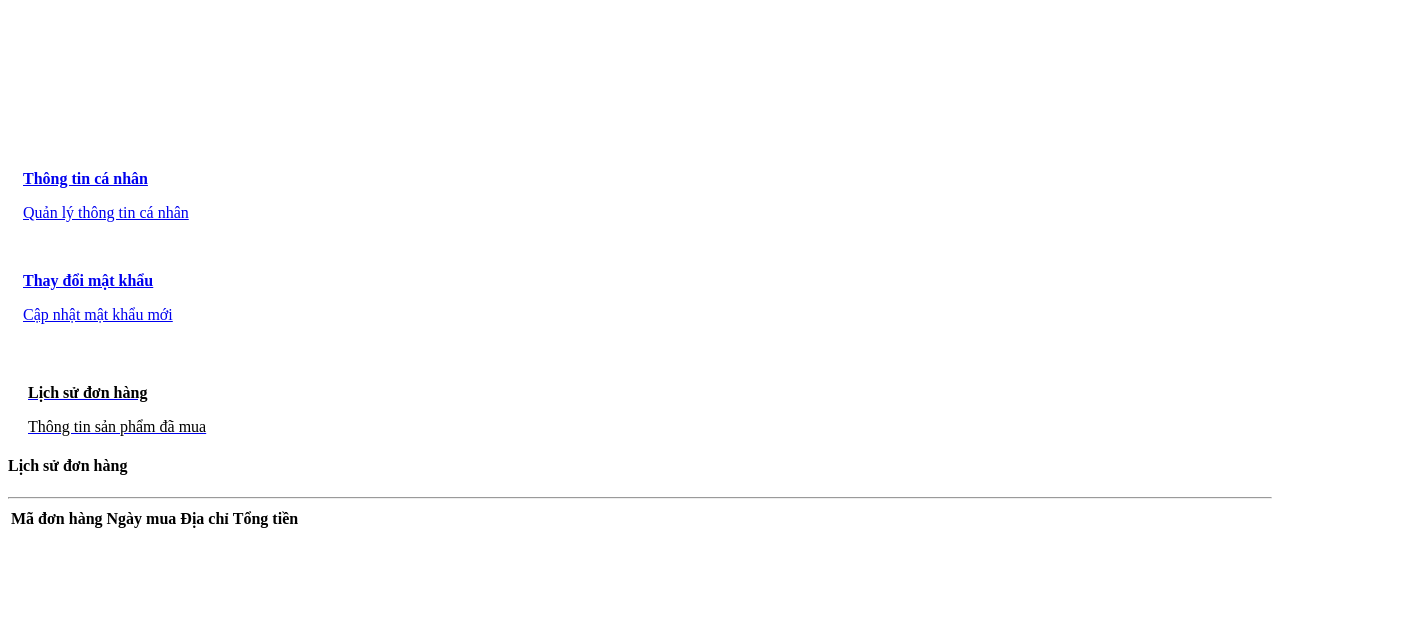
Repository: nguyengiabao245/NHOM3_C2
Page: http://localhost/DoAnJava/WEB-INF/views/order/list.jsp
These files come from the project's save history. The page is drawn as it stood at one moment and after the next save; the edit follows.
The browser window is 1280 px wide. The page is 1408 px wide, so the pictures cover 1408 px, including what lies to the right of the window. The pictures show the whole page.
The page is served by Tomcat 9. Nobody is signed in. The template is opened directly, without the code that normally fills it, so the values that code supplies are empty.

Above is the page before, as saved 2022-05-12 09:15:03.

### DoAnJava/src/main/webapp/WEB-INF/views/order/list.jsp
<%@ page pageEncoding="utf-8"%>
<%@ taglib uri="http://java.sun.com/jstl/core_rt" prefix="c"%>
<%@ taglib uri="http://java.sun.com/jstl/fmt_rt" prefix="f"%>
<%@ taglib prefix="fmt" uri="http://java.sun.com/jsp/jstl/fmt"%>



<div class="container" style="margin-bottom: 25px;margin-top:100px">
	<br>

	<br>


	<div class="row">
		<div class="col-sm-4">

			<li class="nav-item2 " style="list-style-type: none;"><a
				class="nav-link collapsed" href="/account/edit"
				ata-toggle="collapse" id="i">
					<div class="row">
						<div class="col-sm-2">
							<i class="fas fa-info-circle"
								style="font-size: 30px; padding: 12px 5px; color: black;"></i>
						</div>
						<div class="col-sm-10" style="padding: 0px 15px;">
							<span> <b>Thông tin cá nhân</b>
								<p>Quản lý thông tin cá nhân</p>
							</span>
						</div>
					</div>
			</a></li>

			<li class="nav-item2 " style="list-style-type: none;"><a
				class="nav-link collapsed" href="/account/change"
				data-toggle="collapse" data-target="#collapseNews"
				aria-expanded="true" aria-controls="collapseNews">
					<div class="row">
						<div class="col-sm-2">
							<i class="fas fa-key"
								style="font-size: 30px; padding: 12px 5px; color: rgb(255, 208, 0);"></i>
						</div>
						<div class="col-sm-10" style="padding: 0px 15px;">
							<span> <b>Thay đổi mật khẩu</b>
								<p>Cập nhật mật khẩu mới</p>
							</span>
						</div>
					</div>
			</a></li>
			<div class="quan-li-thong-tin">
				<li class="nav-item2 active" style="list-style-type: none;"><a
					class="nav-link collapsed" href="/order/list"
					data-target="#collapseTwo" aria-expanded="true"
					aria-controls="collapseTwo">
						<div class="row">
							<div class="col-sm-2">
								<i class="fas fa-shopping-cart"
									style="font-size: 30px; padding: 12px 5px; color: brown;"></i>
							</div>
							<div class="col-sm-10" style="padding: 0px 15px;">
								<span> <b>Lịch sử đơn hàng</b>
									<p>Thông tin sản phẩm đã mua</p>
								</span>
							</div>
						</div>
				</a></li>
			</div>
		</div>

		<div class="col-sm-8">
			<div class="ct1">
				<div>
					<h4 style="font-weight: 600">Lịch sử đơn hàng</h4>
					<hr>
					<table class="table table-striped table-bordered table-hover" id="dataTables-example">
						<thead>
							<tr>
								<th>Mã đơn hàng</th>
								<th>Ngày mua</th>
								<th>Địa chỉ</th>
								<th>Tổng tiền</th>
								<th></th>
							</tr>
						</thead>
						<tbody>
							<c:forEach var="o" items="${orders}">
								<tr>
									<td>${o.id}</td>
									<td><fmt:formatDate type="both" dateStyle="short"
											timeStyle="short" value="${o.orderDate}" /></td>
									<td>${o.address }</td>
									<td><f:formatNumber value="${o.amount}" pattern="#,###" />
										VNĐ</td>
									<td><a href="/order/detail/${o.id}"
										class="btn btn-sm btn-warning"> Chi tiết </a></td>
								</tr>
							</c:forEach>

						</tbody>
					</table>
				</div>
			</div>
		</div>

	</div>
</div>




<style>
.dang-nhap {
	background-color: white;
	padding: 30px 120px;
	margin: 0 auto;
	width: 60%;
}

h3.title {
	margin-bottom: 10px;
	padding-bottom: 15px;
	border-bottom: 1px solid #d5d5d5;
	position: relative
}

h3.title:after {
	content: '';
	display: block;
	width: 30px;
	height: 3px;
	background-color: #fbaf32;
	position: absolute;
	left: 0;
	bottom: -1px
}

.title-h h3 {
	font-weight: bolder;
}

.quan-li-thong-tin .active {
	background-color: white;
	width: 110%;
	padding: 10px 5px 0px;
	border-radius: 5px;
}

.gach {
	background-color: blue;
	width: 100px;
}

.quan-li-thong-tin .active span {
	color: black;
}
</style>

After the next save:
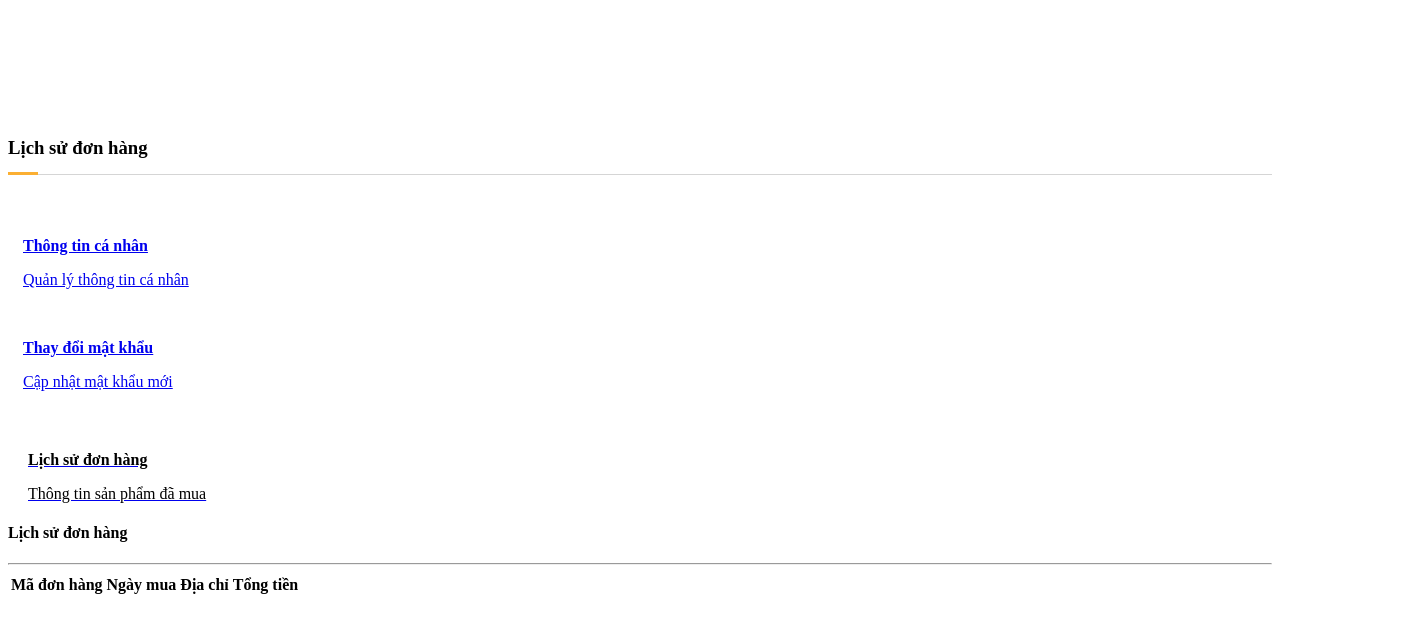
Saved 50 s later.
--- a/DoAnJava/src/main/webapp/WEB-INF/views/order/list.jsp
+++ b/DoAnJava/src/main/webapp/WEB-INF/views/order/list.jsp
@@ -7,7 +7,7 @@
 
 <div class="container" style="margin-bottom: 25px;margin-top:100px">
 	<br>
-
+	<h3 class="title" style="font-weight: 700">Lịch sử đơn hàng</h3>
 	<br>
 
 
